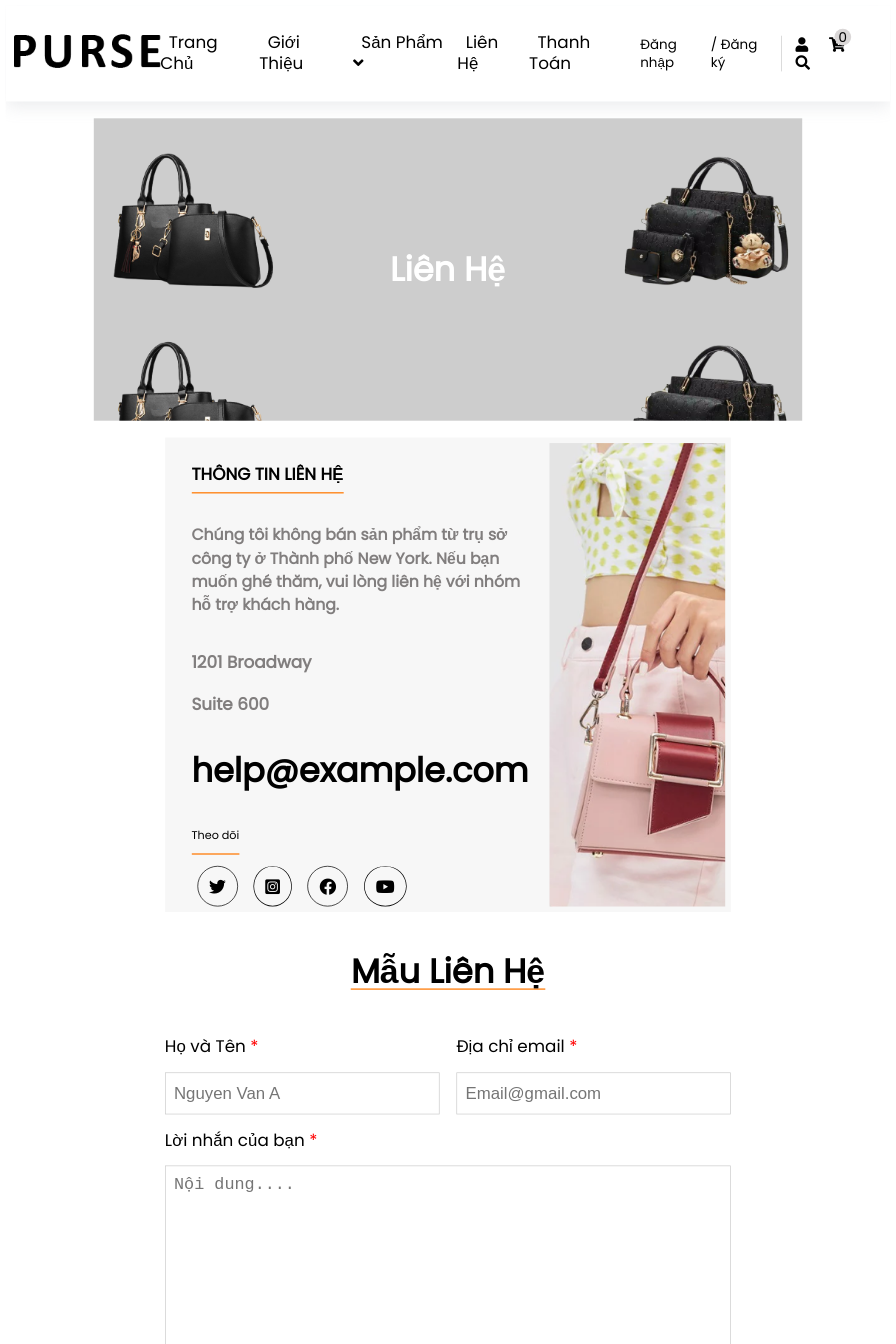
Repository: minh352623/project_firebase
Page: contact.html
These files come from the project's save history. The page is drawn as it stood at one moment and after the next save; the edit follows.
The browser window is 1280 px wide. The pictures show the part of the page from y = 0 to 1920 px (the page is 2912 px tall before and 2962 px after), at 70% of full size.
Some web libraries are served in a nearby version.

Above is the page before, as saved 2022-05-12 20:23:04.

### contact.html
<!DOCTYPE html>
<html lang="en">

<head>
  <meta charset="UTF-8" />
  <meta http-equiv="X-UA-Compatible" content="IE=edge" />
  <meta name="viewport" content="width=device-width, initial-scale=1.0" />
  <link rel="icon" href="./assets/img/logo.webp">

  <link rel="stylesheet" href="https://cdnjs.cloudflare.com/ajax/libs/font-awesome/5.15.4/css/all.min.css"
    integrity="sha512-1ycn6IcaQQ40/MKBW2W4Rhis/DbILU74C1vSrLJxCq57o941Ym01SwNsOMqvEBFlcgUa6xLiPY/NS5R+E6ztJQ=="
    crossorigin="anonymous" referrerpolicy="no-referrer" />
  <link rel="preconnect" href="https://fonts.googleapis.com" />
  <link rel="preconnect" href="https://fonts.gstatic.com" crossorigin />
  <link href="https://fonts.googleapis.com/css2?family=Poppins&display=swap" rel="stylesheet" />
  <link rel="stylesheet" href="./assets/css/base.css" />
  <link rel="stylesheet" type="text/css" href="https://cdn.jsdelivr.net/npm/slick-carousel@1.8.1/slick/slick.css" />
  <link rel="stylesheet" href="./assets/css/main.css" />
  <link rel="stylesheet" href="./assets/css/contact.css">
  <link rel="stylesheet" href="./assets/css/reponsive.css">

  <title>Liên Hệ</title>
</head>

<body>
  <div class="app">
    <div class="header">
      <div class="navbar">
        <div class="icon-mobile-menu">
          <i class="fas fa-align-left"></i>
        </div>
        <div class="navbar-logo">
          <a href="#">
            <img src="./assets/img/logo.webp" alt="" />
          </a>
        </div>
        <div class="navbar-link ">
          <ul class="navbar-link-list">
            <li class="navbar-link-item mobile-hello"></li>

            <li><a href="trangchu.html" class="navbar-link-item">Trang Chủ</a></li>
            <li><a href="introduce.html" class="navbar-link-item">Giới Thiệu</a></li>
            <li class="link-hover">
              <a href="./product.html" class="navbar-link-item">Sản Phẩm<i class="fas fa-angle-down"></i></a>
              <ul class="product-selsect">
                <li><a href="">Yêu Thích</a></li>
                <li><a href="">Giảm Giá</a></li>
              </ul>
            </li>
            <li><a href="contact.html" class="navbar-link-item">Liên Hệ</a></li>
            <li><a href="" class="navbar-link-item">Thanh Toán</a></li>
            <li><a href="./register.html" class="navbar-link-item delete-log mobile-register">Đăng ký</a></li>
            <li><a href="./index.html" class="navbar-link-item delete-log mobile-login">Đăng nhập</a></li>
            <li><a href="./index.html" class="navbar-link-item mobile-exit">Thoát</a></li>
          </ul>
        </div>

        <div class="navbar-icon">
          <div class="navbar-log">
            <div class="log-in">
              <span>
                <a class="log-in-icon" href="./index.html">
                  Đăng nhập
                </a>
              </span>
            </div>
            <div class="register">
              <span class="register-char">/</span>
              <span><a class="register-icon" href="./register.html">Đăng ký</a></span>
            </div>
          </div>
          <div class="hello ">
            <span>Chào!</span>
            <span class="name-user "></span>
            <span >|</span>
            <a href="./index.html" class="exit">Thoát</a>
          </div>
          <div class="navbar-icon-list">
            <a href="./user.html " class="navbar-icon-item user-icon">
              <i class="fas fa-user"></i>
            </a>
            <span class="navbar-icon-item cart">
              <i class="fas fa-cart-plus"></i>
              <span class="quantity-item">0</span>

            </span>
            <span class="navbar-icon-item search">
              <i class="fas fa-search"></i>
            </span>
          </div>
        </div>
      </div>
    </div>

    <div class="main">
      <div class="contact-banner">
        <h2 class="contact-title">
          Liên Hệ
        </h2>
        <div class="contact-link none">
          <span>Trang chủ</span>
          <span>></span>
          <span>Liên hệ</span>

        </div>
      </div>
      <div class="contact-container">
        <div class="contact-top">
          <div class="contact-top__layout">
            <div class="contact-info">
              <h2 class="contact-info-border">THÔNG TIN LIÊN HỆ</h2>
              <p class="contact-content">Chúng tôi không bán sản phẩm từ trụ sở công ty
                ở Thành phố New York. Nếu bạn muốn ghé thăm, vui lòng liên hệ với nhóm hỗ trợ khách hàng.</p>
              <div>

                <p>1201 Broadway</p>
                <p> Suite 600</p>
              </div>
              <h2 class="contact-email">help@example.com</h2>
              <p class="contact-info-border">Theo dõi</p>

              <div class="contact-info__icon">
                <span class="contact-info__icon-tw">
                  <i class="fab fa-twitter"></i>
                </span>
                <span class="contact-info__icon-insta">
                  <i class="fab fa-instagram-square"></i>
                </span>
                <span class="contact-info__icon-face">
                  <i class="fab fa-facebook"></i>
                </span>
                <span class="contact-info__icon-youtube">
                  <i class="fab fa-youtube"></i>
                </span>
              </div>


            </div>
            <div class="contact-images ">
              <img src="./assets/img/contact/contact-bn2.png" alt="">
            </div>
          </div>

        </div>
        <div class="contact-form">
          <h1>Mẫu Liên Hệ</h1>
          <form class="contact-form-content">
            <div class="contact-form-content-top">
              <div class="contact-form-content-left">
                <div class="contact-form-content-item">
                  <p>Họ và Tên</p>
                  <span>*</span>
                </div>
                <input required type="text" placeholder="Nguyen Van A">
              </div>
              <div class="contact-form-content-right">
                <div class="contact-form-content-item">
                  <p>Địa chỉ email</p>
                  <span>*</span>
                </div>
                <input required type="email" placeholder="Email@gmail.com">
              </div>
            </div>
            <div class="contact-form-content-bot">
              <div class="contact-form-content-item">
                <p>Lời nhắn của bạn</p>
                <span>*</span>
              </div>
              <textarea required name="" id="" cols="50" rows="15" placeholder="Nội dung...."></textarea>
            </div>
            <div class="contact-form-content-btn">
              <button type="submit">GỬI</button>
            </div>

          </form>
        </div>

      </div>
      <div class="contact-instagram">
        <div class="contact-instagram-list">
          <div class="contact-instagram-list-item">
            <img src="./assets/img/contact/instagram1.webp" alt="">
            <div class="contact-instagram-list-item-hover">
              <i class="fab fa-instagram"></i>
            </div>
          </div>
          <div class="contact-instagram-list-item">
            <img src="./assets/img/contact/instagram2.webp" alt="">
            <div class="contact-instagram-list-item-hover">
              <i class="fab fa-instagram"></i>
            </div>
          </div>
          <div class="contact-instagram-list-item">
            <img src="./assets/img/contact/instagram3.webp" alt="">
            <div class="contact-instagram-list-item-hover">
              <i class="fab fa-instagram"></i>
            </div>
          </div>
          <div class="contact-instagram-list-item">
            <img src="./assets/img/contact/instagram4.webp" alt="">
            <div class="contact-instagram-list-item-hover">
              <i class="fab fa-instagram"></i>
            </div>
          </div>
          <div class="contact-instagram-list-item">
            <img src="./assets/img/contact/instagram5.webp" alt="">
            <div class="contact-instagram-list-item-hover">
              <i class="fab fa-instagram"></i>
            </div>
          </div>
          <div class="contact-instagram-list-item">
            <img src="./assets/img/contact/instagram6.webp" alt="">
            <div class="contact-instagram-list-item-hover">
              <i class="fab fa-instagram"></i>
            </div>
          </div>
          <div class="contact-instagram-list-item">
            <img src="./assets/img/contact/instagram7.webp" alt="">
            <div class="contact-instagram-list-item-hover">
              <i class="fab fa-instagram"></i>
            </div>
          </div>



        </div>


      </div>

    </div>

    <div class="footer">
      <div class="footer-content">
        <div class="footer-content-item">
          <div class="footer-content-img">
            <img src="./assets/img/logo.webp" alt="">
          </div>
          <p>Đơn giản tinh tế cho tâm trí độc lập</p>
          <div class="footer-content-icon">
            <a href="#"><i class="fab fa-twitter"></i></a>
            <a href="#"><i class="fab fa-facebook"></i></a>

            <a href="#"><i class="fab fa-instagram-square"></i></a>

          </div>
        </div>
        <div class="footer-content-item">
          <div class="footer-content-item-title">
            <span>Trợ Giúp & Thông Tin</span>
            <ul class="footer-content-item-list">
              <li>Hướng dẫn mua hàng</li>
              <li>Hướng dẫn thanh toán</li>
              <li>Chính sách bảo hành</li>
              <li>Chính sách đổi trả</li>
              <li>Tư vấn khách hàng</li>
            </ul>
          </div>
        </div>
        <div class="footer-content-item">
          <div class="footer-content-item-title">
            <span>Về Chúng Tôi</span>
            <ul class="footer-content-item-list">
              <li>Giới thiệu</li>
              <li>Tin khuyến mãi</li>
              <li>Liên hệ</li>
              <li>Địa chỉ cửa hàng</li>
              <li>Chính sách bảo mật </li>
            </ul>
          </div>
        </div>
        <div class="footer-content-item">
          <div class="footer-content-item-title">
            <span>Hỗ trợ khách hàng</span>
            <ul class="footer-content-item-list">
              <li>Tài khoản</li>
              <li>Giỏ hàng</li>
              <li>Thanh toán</li>
              <li>Kiểm tra đơn hàng</li>
              <li>Cảm nhận khách hàng</li>
            </ul>
          </div>
        </div>

      </div>



    </div>
  </div>
  <div class="model-cart ">
    <div class="cart-container">
      <div class="cart-top">
        <div class="clear cart-top-close">
          <i class="fas fa-times"></i>
        </div>
        <div class="cart-top-title">
          <span>Giỏ Hàng</span>
        </div>
        <div class="cart-top-quantity">
          <span>1</span>
        </div>

      </div>

      <div class="array-empty"></div>
      <div class="cart-center">
      </div>

      <div class="cart-bottom">
        <div class="cart-bottom-price">
          <span>Tổng tiền:</span>
          <span class="total-price">0</span>
        </div>

        <div class="cart-bottom-btn">
          <a href="#"> <button>Xem giỏ hàng</button></a>
          <a href="#"> <button>Thanh toán</button></a>

        </div>
      </div>
    </div>

  </div>

  <script type="text/javascript" src="https://code.jquery.com/jquery-1.11.0.min.js"></script>
  <script type="text/javascript" src="https://code.jquery.com/jquery-migrate-1.2.1.min.js"></script>
  <script type="text/javascript" src="https://cdn.jsdelivr.net/npm/slick-carousel@1.8.1/slick/slick.min.js"></script>
  <script src="./js/slick.js"></script>
  <script src="./js/main.js" type="module"></script>
  <script src="./js/user.js"></script>

</body>

</html>

### assets/css/base.css
:root{
    --background-main:#e4e4e4;
    --hover-color:#ff871d ;
    --white-color:#fff;
    --text-color: #000;

}

*{
    box-sizing:  border-box;
}

html{
    /* 16px */
    font-size: 100%;
    line-height: 1.6rem;
    font-family: 'Poppins', sans-serif;
    scroll-behavior: smooth;
}

### assets/css/main.css

.app {
    overflow: hidden;
}
/* HEADER */
.header{
    left: 0;
    right: 0;
    top: 0;
    z-index: 999;
}

.navbar{
    display: flex;
    justify-content: space-between;
    align-items: center;
    background-color: var(--white-color);
    padding: 24px 12px;
    box-shadow: rgba(149, 157, 165, 0.2) 0px 8px 24px;
}
.navbar-logo a{
 text-decoration: none;
}
.navbar-link-list{
    display: flex;
    align-items: center;
    padding-left: 0;
    list-style: none;
}
.navbar-link-item{
    text-decoration: none;
    padding: 8px 12px;
    font-size: 1.5rem;
    color: var(--text-color);
}
.navbar-icon{
    display: flex;
    align-items: center;
    font-size: 1.3rem;
    color: var(--text-color);

}

.navbar-log{
    display: flex;
    align-items: center;
    font-size: 1.2rem;
    border-right: 1px solid #ccc;
    padding-right: 12px;
    color: var(--text-color);


}
.log-out-char{
    margin: 0 4px;
}

.log-in-icon,
.register-icon{
    text-decoration: none;
    color: var(--text-color);

}
.navbar-icon-list{
    margin-left: 12px;
}
.navbar-icon-item{
    padding: 0 8px;
}

.navbar-link-item:hover,
.register-icon:hover,
.log-in-icon:hover,
.navbar-icon-item:hover{
    color: var(--hover-color);
}

.link-hover{
    position: relative;
}
.link-hover:hover .product-selsect{
    display: block;
    z-index: 1;
}
.product-selsect{
    position: absolute;
    background-color: var(--white-color);
    box-shadow: rgba(149, 157, 165, 0.2) 0px 8px 24px;
    padding: 12px;
    width: 200px;
    list-style: none;
    cursor: pointer;
    display: none;
}
.product-selsect a{
    text-decoration: none;
    font-size: 1.2rem;
    padding: 12px 4px;
    color: var(--text-color);
}
.product-selsect a:hover{
    color: var(--hover-color);
}
.product-selsect li{
    margin: 20px 0;
}

.cart{
    position: relative;
    margin: 0 8px;
}
.quantity-item{
    width: 24px;
    height: 24px;
    position: absolute;
    top: -8px;
    right: 0;
    text-align: center;
    font-size: 1.2rem;
    background-color:rgb(218, 215, 215);
    border-radius: 50%;
}
/* main */
.main{
    margin: 24px auto;
    width: 80%;
}
.main-banner{
    display: grid;
    grid-template-columns: 3fr 1fr;
    grid-gap: 0 24px;
}
.slick-arrow{
    position: absolute;
    top: 50%;
    z-index: 1;
    width: 60px;
    height: 60px;
    border-radius: 50%;
    border: none;
    cursor: pointer;
    background-color: var(--white-color);
}

.slick-arrow i{
    font-size: 40px;

}
.main-banner .main-banner-left{
    overflow: hidden;
    width: 100% !important;
}
.slick-arrow:hover{
    background-color: var(--hover-color);
    color: var(--white-color);
}
.slick-track,
.slick-list{
    width: 100%;
    height: 100%;

}
.main-banner-right-img{
    overflow: hidden;
    border-radius: 24px;
    position: relative;



}
.main-banner-right-img img,
.main-banner-left-img img{
    width: 100%;
    height: 100%;
    object-fit: cover;
    border-radius: 24px;
    transition: all ease 0.25s;

}
.slick-next{
 right: 0;
}
.slick-prev{
    left: 0;
   }
.main-banner-right{

    display: grid;
    grid-gap: 24px 0;
    grid-template-columns: 1fr;
}
.main-banner-right-img img:hover{
    transform: scale(1.1);
    border-radius: 24px;

}
.hover2:hover::after,
.hover2:hover::before{
    width:50%;
}

.hover2::before,
.hover2::after{
    content: "";
    position: absolute;
    display: block;
    top: 0;
    width: 0;
    bottom: 0;
    background-color: #333;
    opacity: 0.2;
    z-index: 1;
    transition: all ease 0.8s;
    -webkit-transition: all 0.4s ease;
}
.hover2::before{
    left: 0;
}
.hover2::after{
    right: 0;
}
.main-conent{
    display: grid;
    grid-template-columns: 1fr 1fr;
    margin: 48px 0;

}
.main-content-img img{
    border-radius: 24px;
    width: 100%;

}
.main-content-text{
    display: flex;
    flex-direction: column;
    justify-content: center;
    align-items: center;
    padding: 0 100px ;
    line-height: 1.2;
}
.main-content-text h1{
    font-size: 3rem;
}
.main-content-text p{
    font-size: 1.2rem;
    text-align: justify;
    line-height: 1.2;
}
.main-content-text button{
    width: 200px;
    height: 60px;
    font-size: 1.3rem;
    background-color: var(--white-color);
    color: var(--text-color);
    cursor: pointer;
    border: 3px solid #000;
}
.main-content-text button:hover{
    background-color: var(--text-color);
    color: var(--white-color);
}

.product-container{
    display: flex;
    flex-direction: column;
}

.product-container-title{
    text-align: center;
    border-bottom: 2px solid #ff871d ;
    display: inline-block;
    margin: 50px auto;
    font-size: 2rem;
    padding: 12px 0;
    font-weight: 400;
}
.main-product{
    display: grid;
    grid-template-columns: repeat(4,1fr);
    grid-gap: 32px 24px;
    height: 188vh;
    overflow: hidden;
    transition: all 0.25s ease;
}

.main-product.height-auto{
    height: auto;
    transition: all 0.25s ease;


}
.main-product-item{
    width: 100%;

    text-align: center;
}
.main-product-item-img{
    position: relative;

}

.main-product-item-img img{
    width: 100%;
    height: 550px;
    object-fit: cover;
    border-radius: 8px;
}
.main-product-item-price{
    color: var(--hover-color);
}
.main-product-item-name,
.main-product-item-price{
    font-size: 1.2rem;
    padding: 8px 0;
}
.product-container-btn {
    text-align: center;
    margin: 24px 0;

}


.product-container-btn button{
    padding: 25px 75px;
    background-color: var(--text-color);
    color: var(--white-color);
    font-size: 1.3rem;
    border: none;
    cursor: pointer;

}
.product-container-btn button:hover{
    background-color: var(--hover-color);
}
.main-product-item-img-icon{
    position: absolute;
    left: 50%;
    bottom: 20px;
    transform: translateX(-50%);
    font-size:1.5rem;
    display: flex;
    justify-content: space-around;
    width: 70%;
    opacity: 0;
    visibility: hidden;
    transition: all 0.25s ease-in;
    cursor: pointer;
}
.main-product-item-img:hover .main-product-item-img-icon{
    bottom: 60px;
    opacity: 1;
    visibility: visible;
}


.icon{
    border-radius: 50%;
    background-color: var(--white-color);
    padding: 16px;
}
.icon:hover{
    background-color: var(--hover-color);
    color: var(--white-color);

}
.main-time{
    text-align: center;
    background-image: url("../img/bg.webp");
    background-attachment: fixed;
    background-repeat: no-repeat;
    background-size: cover;
    height: 80vh;
    display: flex;
    flex-direction: column;
    justify-content: center;
}
.main-time h3{
    font-size:1.5rem;
}
.main-time h1{
    font-size:4rem;

}

.main-time-content{
    margin: 100px 0;

}

.main-time-content-count{
    padding: 70px;
    background-color: var(--white-color);
    margin: 0 25px;
    font-size: 3rem;
}

.main-blog{
    text-align: center;
}



.main-blog-list{
    display: grid;
    grid-template-columns: repeat(3 ,1fr);
    grid-gap: 0 24px;
}
.main-blog-item-img img{
    width: 100%;
    height: 100%;
    object-fit: cover;
}
.main-blog-content-new{

    color: #83868c;
    font-size: 1.3rem;
    padding: 12px 0;
}
.main-blog-content-show span:hover,
.main-blog-content-new span:hover{
    color: #ff871d;
    cursor: pointer;
}
.main-blog-content-show{
    font-size: 1.8rem;
    padding: 12px 0 24px;



}

.main-blog-content-show span{

    border-bottom: 2px solid #ff871d;
    border-width:fit-content;
    padding-bottom: 8px;
}
.main-blog-content-story{
    font-size: 1.2rem;
    color: #83868c;
line-height: 1.7;
}

.footer{
    padding-top: 100px;
    border-top: 2px solid #ccc;
}

.footer-content{
    display: grid;
    grid-template-columns: repeat(4, 1fr);
}

.footer-content-item p{
    font-size: 1.2rem;
}
.footer-content-icon a{
    padding: 0 12px;
    font-size: 1.5rem;
    text-transform: none;
    color: #000;
}

.footer-content-item-list{
    padding-left: 0;
}
.footer-content-item-list li{
    list-style: none;
    font-size: 1.2rem;
    padding: 8px 0;
    transition: all 0.25s linear;
    cursor: pointer;
}

.footer-content-item-list li:hover{
    border-bottom: 2px solid #ff871d;
    display: inline-block;
}
.footer-content-item-title{
    font-size: 1.6rem;
}
.footer-content-item-title span{
    border-bottom: 3px solid #000;

}
.footer-content-item{
    padding: 0 12px;
}
/* MODEL CART */
.model-cart {
    position: fixed;
    width: 100%;
    top: 0;
    left: 0;
    right: 0;
    bottom: 0;
    z-index: 999;
    background-color: rgba(0, 0, 0, 0.4);
    visibility: hidden;
}

.model-cart.active{
    visibility: visible;
}
.model-cart.active .cart-container{
    transform: translateX(0);

}
.cart-container{
    width: 380px;
    position: absolute;
    right: 0;
    background-color: #fff;
    padding: 0 12px;
    top: 0;
    bottom: 0;
    transform: translateX(100%);
    transition: all 0.5s ease;



}
.cart-center-item-img img{
    width: 100%;
    height: 100%;
    object-fit: cover;
}
.cart-top{
    display: flex;
    justify-content: space-between;
    margin: 0 -12px;


}
.cart-top>div{
 border: 1px solid rgb(229, 225, 225);
}
.cart-top-quantity span,
.cart-top-close {
    padding: 12px;
   display: flex;
   justify-content: center;
   align-items: center;
}
.cart-top-close:hover{
    color: var(--white-color);
    background-color:#ff871d;
}
.cart-top-title{
    flex: 1;
    display: flex;
    justify-content: center;
    align-items: center;


}
.cart-center{
    max-height: 80vh;
    min-height: 75vh;
    overflow-y: auto;
}
.cart-center-item{
    margin: 12px 0;
    display: grid;
   grid-template-columns: 1fr 2fr;
    grid-gap: 8px 0;
    border-bottom: 1px solid rgb(229, 225, 225);
}
.cart-center-item-img img{
    width: 100px;
    height: 100px;
    object-fit: cover;
}

.cart-center-info-name{
    display: flex;
    justify-content: space-between;
}

.cart-bottom-price{
    display: flex;
    justify-content: space-between;
    padding: 12px 4px;
    margin: 0 -12px;
    background-color: #ccc;
    color: #000;
}
.cart-bottom-btn{
    display: grid;
    grid-template-columns: 1fr 1fr;
    margin: 0 -12px;

}
.cart-bottom-btn a button{

    width: 100%;
    padding: 24px 12px;
    background-color: #000;
    color: white;
    font-size: 18px;
    cursor: pointer;
}

.cart-center-info-name-clear i{
    font-size: 20px;
}

.cart-center-info-name-clear i:hover{
    cursor: pointer;
    /* background-color: red; */
    color: red;
   transform: scale(1.2);
}
.user-icon{
    text-decoration: none;
    color: #000;
}
.icon-mobile-menu {
    display: none;
}
.icon-mobile-menu i{
    font-size: 2rem;

}
.none{
    display: none !important;
}
.exit{
    text-decoration: none;
    color: #000;

}
.exit:hover{
    color: #ff871d;
}
.mobile-hello,
.delete-log,
.mobile-exit{
    display: none;
}

Loaded but not shown: js/main.js (210 lines, source omitted); js/data.js (167 lines, source omitted); js/user.js (50 lines, source omitted); js/slick.js (33 lines, source omitted); assets/css/reponsive.css (198 lines, source omitted); assets/css/contact.css (191 lines, source omitted)

After the next save:
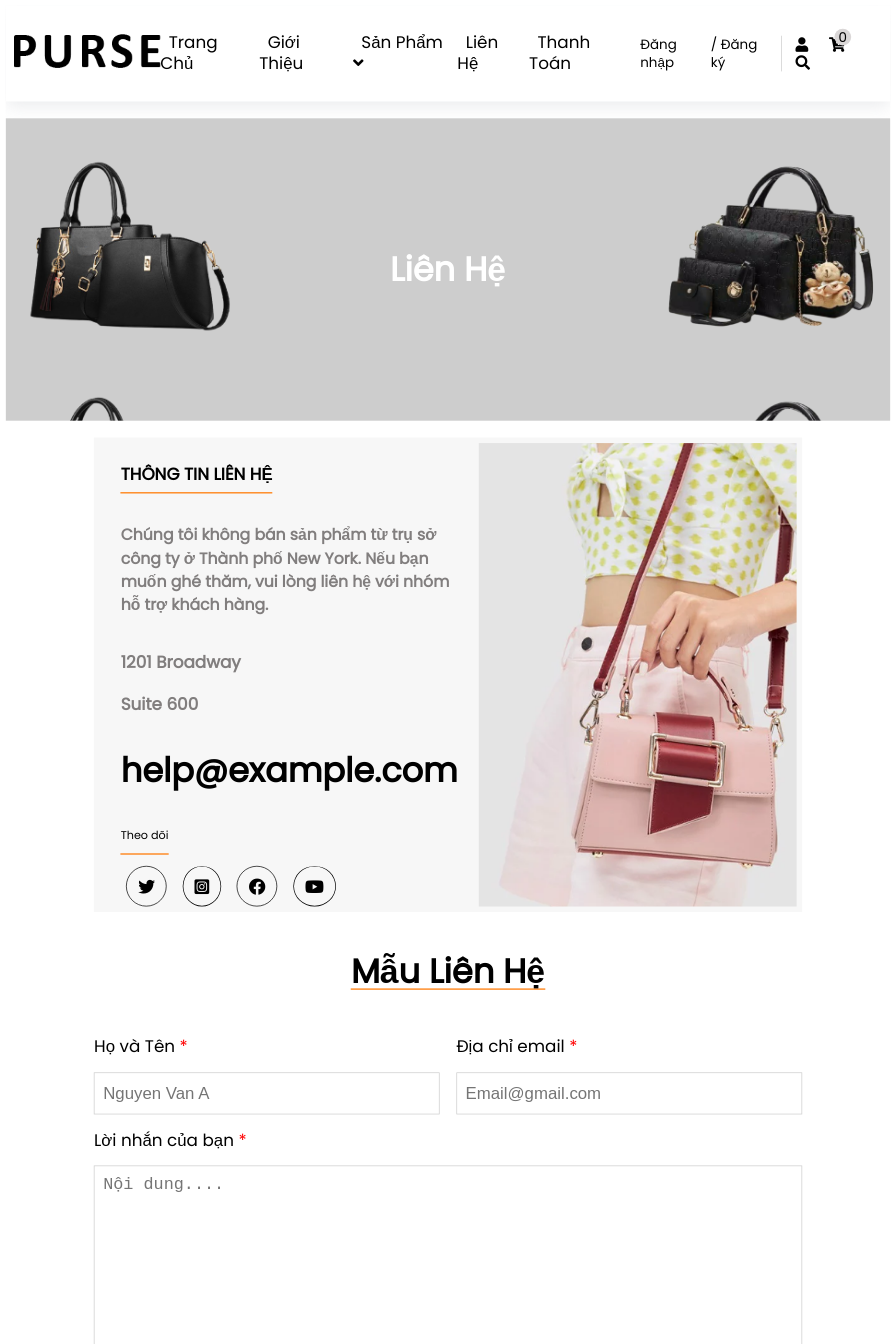
Saved 15 min 16 s later.
--- a/assets/css/main.css
+++ b/assets/css/main.css
@@ -123,7 +123,7 @@
 /* main */
 .main{
     margin: 24px auto;
-    width: 80%;
+
 }
 .main-banner{
     display: grid;
